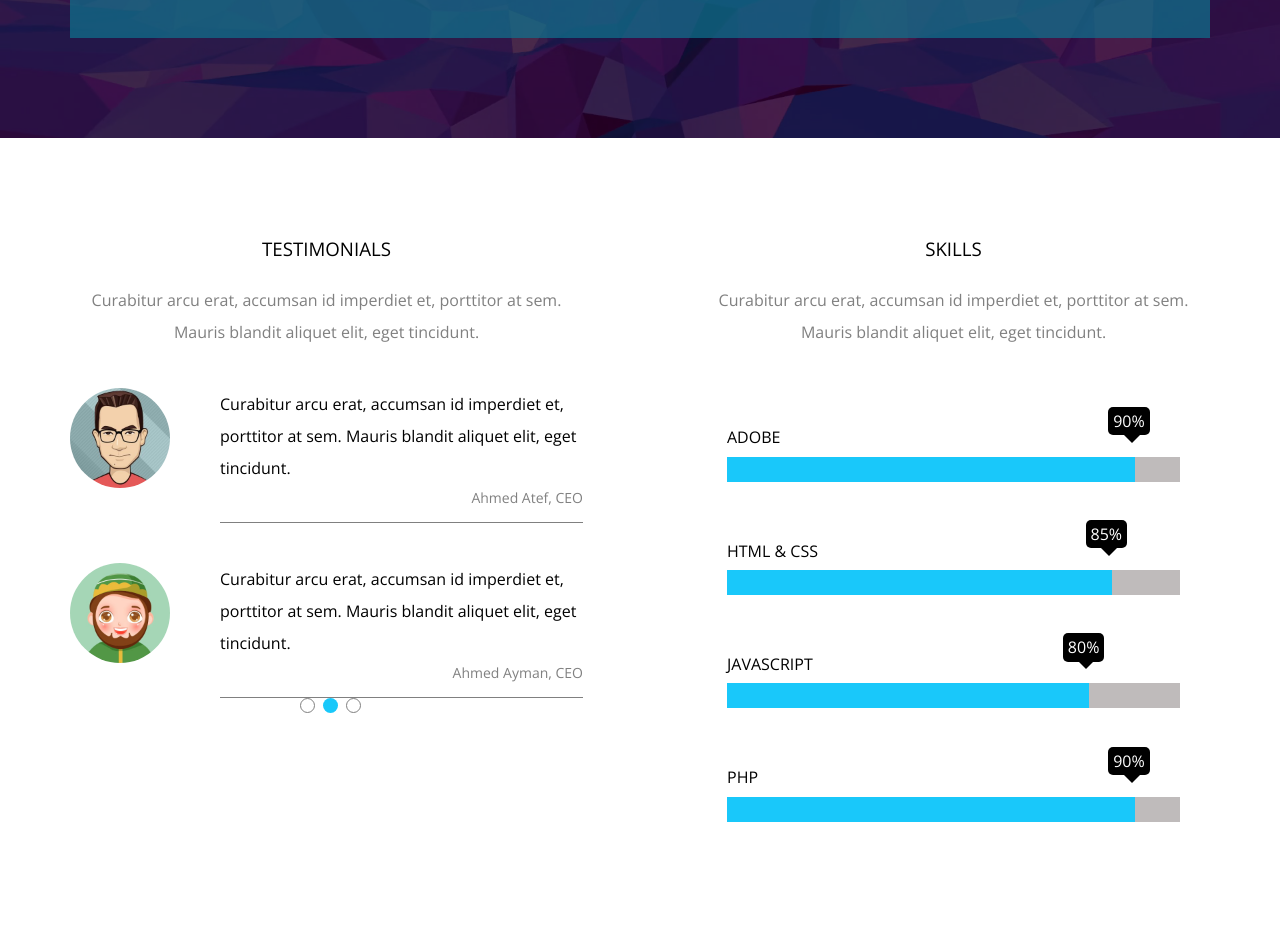
Repository: Ahmed123rezk123/Template_2
Page: index.html
These files come from the project's save history. The page is drawn as it stood at one moment and after a run of saves; the edit follows.
The browser window is 1280 px wide. The pictures show the part of the page from y = 4915 to 5867 px (the page is 5867 px tall).
A picture or video elsewhere on the page could not be fetched, so the positions and the page height are approximate. Some web fonts or font styles are not loaded; a fallback is used.

Above is the page before, as saved 2024-04-15 19:17:11.

After the next 2 saves:
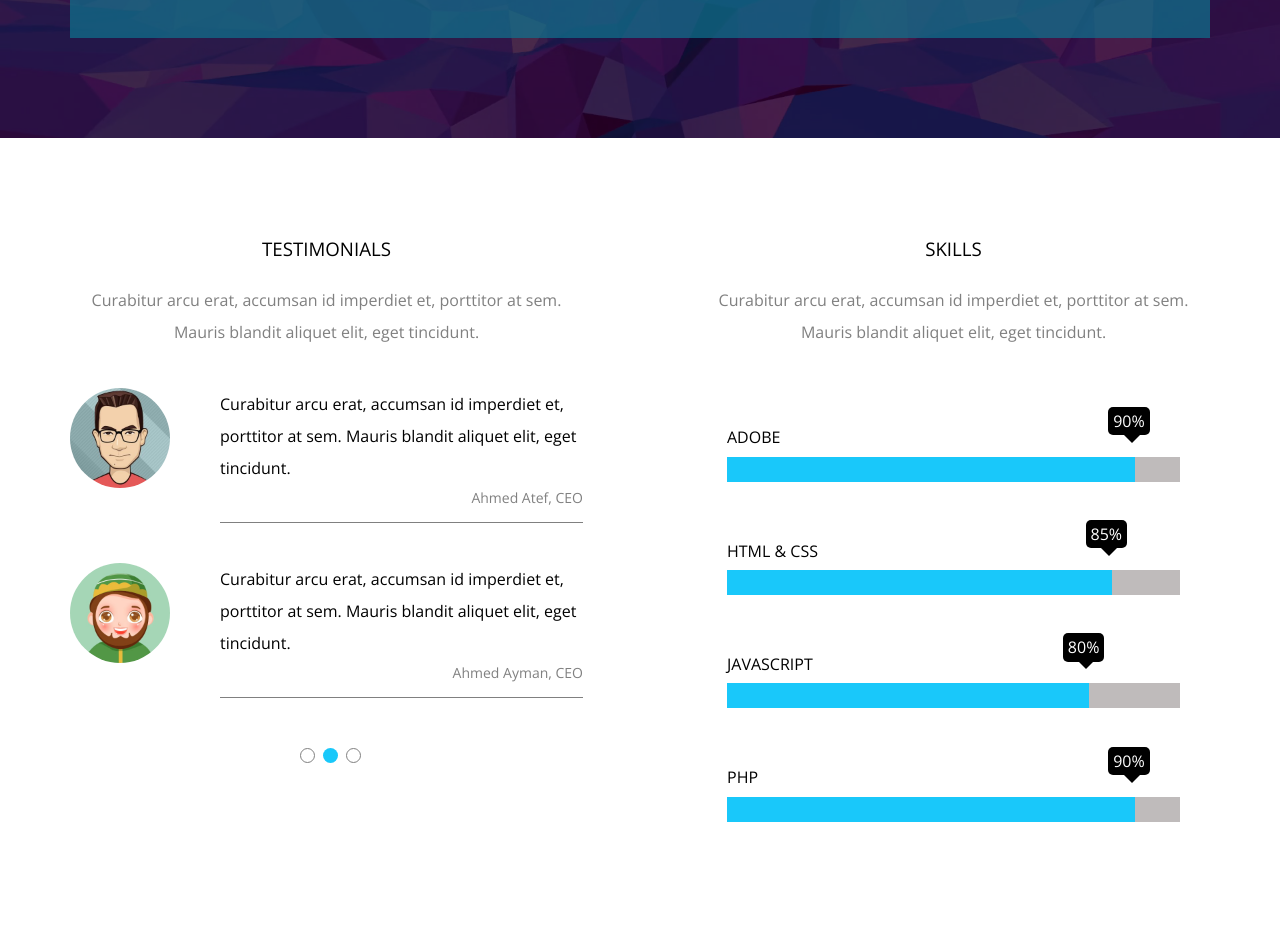
The 2 saves are shown as one change because they came seconds apart.
The last was saved 9 s later.
--- a/css/kasper.css
+++ b/css/kasper.css
@@ -715,7 +715,8 @@ margin-right: 50px;
 .our-skills .container .testimonial .bullets {
         display: flex;
         justify-content: center;
-        align-items: center;
+       margin-top: 50px;
+       ma
 }
 .our-skills .container .testimonial  .bullets li {
     width: 15px;
